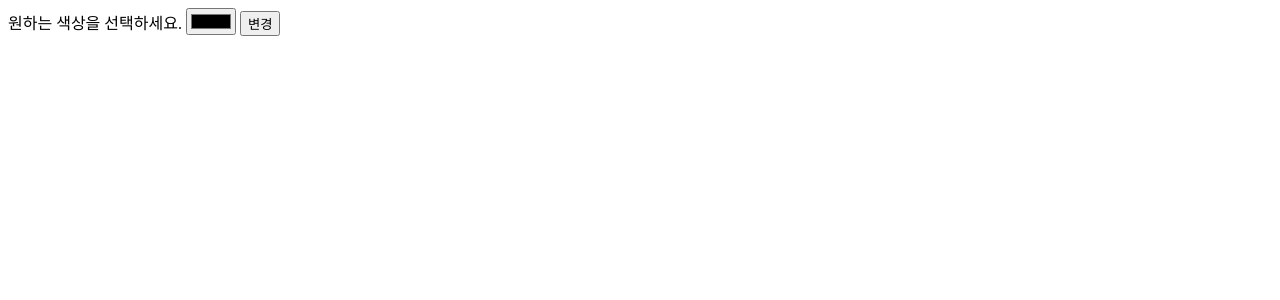
Repository: anhyunji494/JSP
Page: Servlet/src/main/webapp/WEB-INF/ex05Bgcolor.html
These files come from the project's save history. The page is drawn as it stood at one moment and after the next save; the edit follows.
The browser window is 1280 px wide. The pictures show the whole page.

Above is the page before, as saved 2024-02-27 01:21:16.

### Servlet/src/main/webapp/WEB-INF/ex05Bgcolor.html
<!DOCTYPE html>
<html>
<head>
<meta charset="EUC-KR">
<title>Insert title here</title>
</head>
<body>
	<form action = "Ex06BgColor">
		원하는 색상을 선택하세요.
		<input type = "color" name = "color">
		<input type = "submit" value = "변경">
	</form>
</body>
</html>

After the next save:
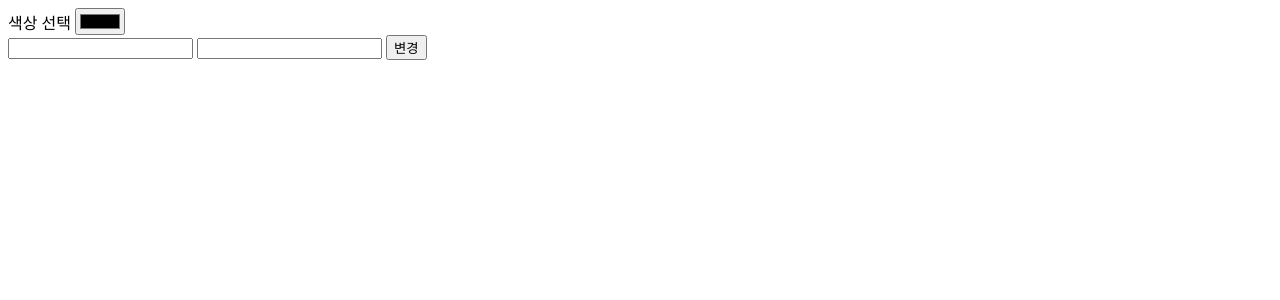
Saved 92 s later.
--- a/Servlet/src/main/webapp/WEB-INF/ex05Bgcolor.html
+++ b/Servlet/src/main/webapp/WEB-INF/ex05Bgcolor.html
@@ -6,8 +6,11 @@
 </head>
 <body>
 	<form action = "Ex06BgColor">
-		원하는 색상을 선택하세요.
+		색상 선택
 		<input type = "color" name = "color">
+		<br>
+		<input type = "number">
+		<input type = "number">
 		<input type = "submit" value = "변경">
 	</form>
 </body>
